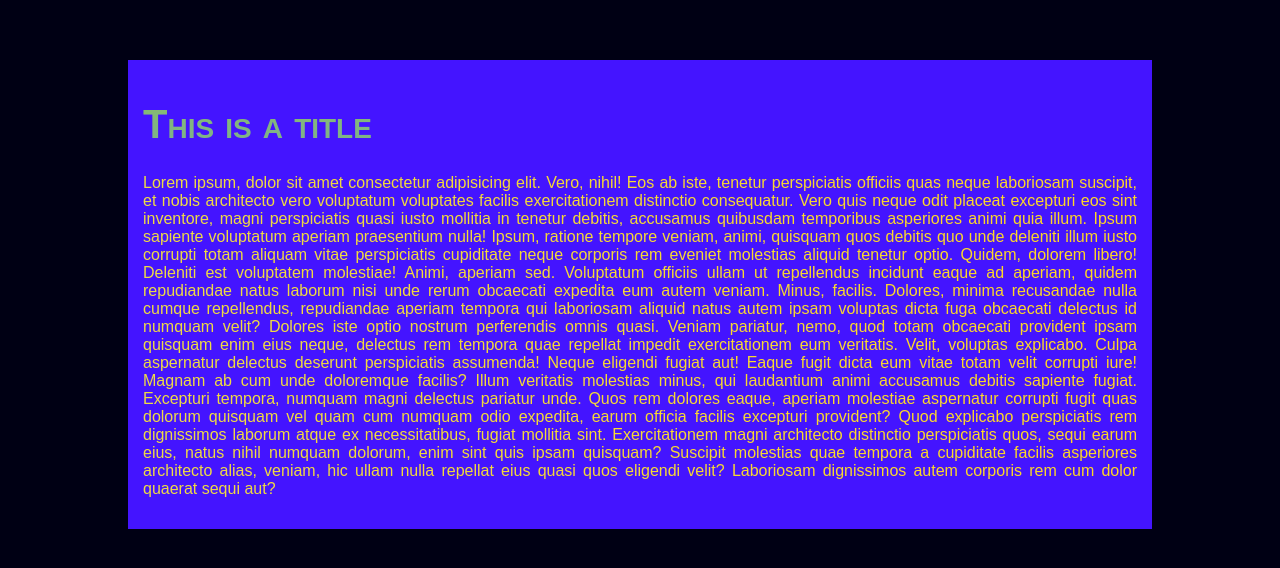
Repository: Francois-QUICODE/CSS-Micro-Projects
Page: Projects/01-Infinite-Gradient-Text.html
An editor plug-in stored every save of this project. The page is shown before and after the next save, followed by the edit.
The browser window is 1280 px wide. The pictures show the whole page.
Some web fonts or font styles are not loaded; a fallback is used.

Above is the page before, as saved 2020-11-29 13:32:27.

After the next save:
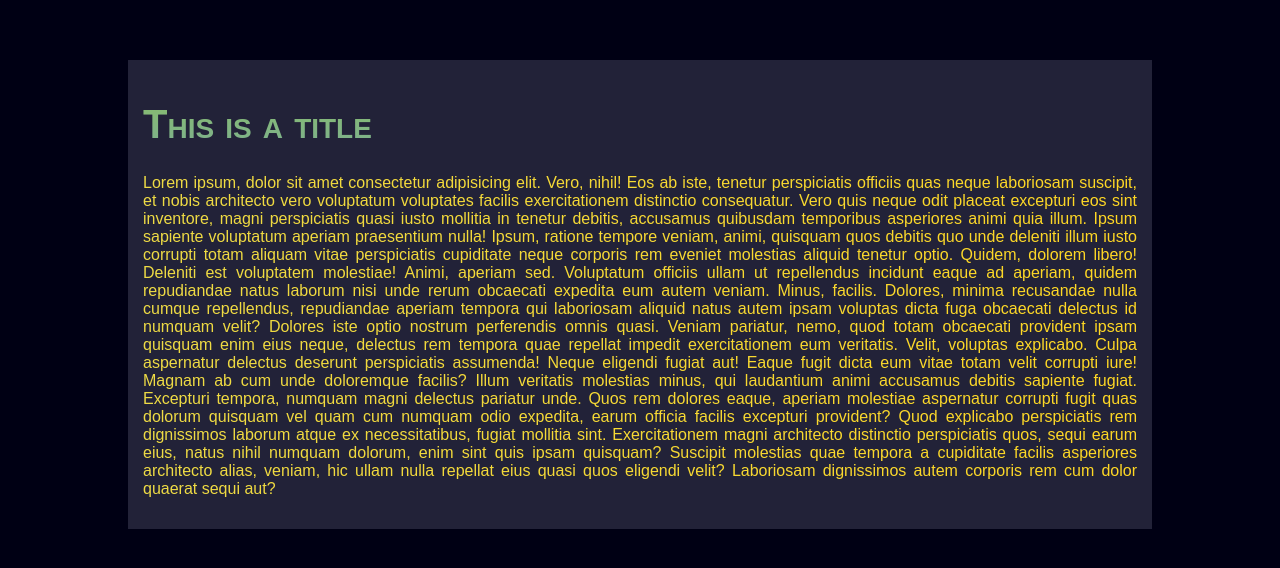
Saved 44 s later.
--- a/Projects/01-Infinite-Gradient-Text.html
+++ b/Projects/01-Infinite-Gradient-Text.html
@@ -61,7 +61,7 @@
       }
 
       .container {
-        background-color: #4414ff;
+        background-color: #222227;
         padding: 15px;
         mix-blend-mode: screen;
         display: flex;
